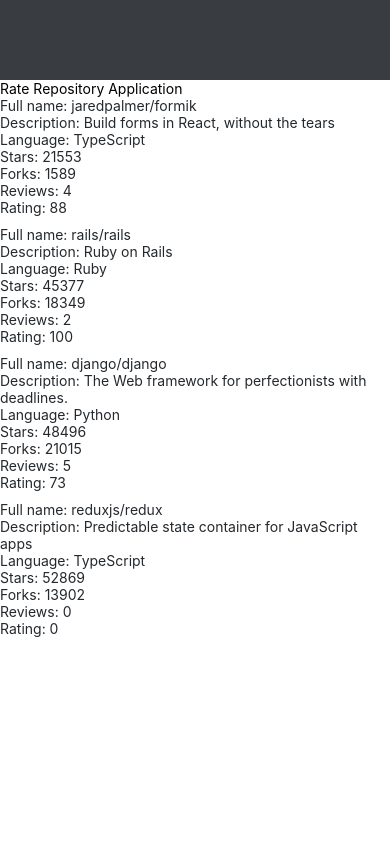
Repository: OrmeSile/react-native-FSO
Screen: / (app in rate-repository-app/)
The author's editor kept a copy of each file at every save. The screen is drawn from the files as they stood at one save, then again after a run of saves.
The app was drawn by React Native's web renderer in a window 390 px wide. The project was rebuilt for these pictures with package versions that can differ from the ones it lists, and the page was loaded fresh each time. Some packages were replaced by stand-ins written for this rebuild.

Above is the screen before, as saved 2022-05-15 16:42:57.

### rate-repository-app/src/components/Main.jsx
import { Text, StyleSheet, View } from 'react-native';
import AppBar from './AppBar';
import RepositoryList from './RepositoryList';

const styles = StyleSheet.create({
  container: {
    flexGrow: 1,
    flexShrink: 1,
  },
});

const Main = () => {
  return (
    <View style={styles.container}>
      <AppBar/>
      <Text>Rate Repository Application</Text>
        <RepositoryList />
    </View>
  );
};

export default Main;

### rate-repository-app/src/components/AppBar.jsx
import { View, StyleSheet, Pressable } from 'react-native';
import Text from './Text';
import Constants from 'expo-constants';
import theme from '../theme';

const styles = StyleSheet.create({
  container: {
    paddingTop: Constants.statusBarHeight,
    height: 80,
    backgroundColor: theme.colors.appBarBackgroundColor,
    opacity: 0.9,
    display: 'flex',
    flexDirection: 'row'
  },
  pressableTab: {
    display: 'flex',
    flexShrink: 1,
    alignItems: 'center',
    justifyContent: 'flex-end',
    padding: 10,
  },
  tabText: {
    color: 'white'
  }
});

const AppBar = () => {
  return <View style={styles.container}>
    <Pressable style={styles.pressableTab} onPress={() => console.log('pressed')}>
      <Text >Repositories</Text>
    </Pressable>
  </View>;
};

export default AppBar;

### rate-repository-app/src/components/RepositoryList.jsx
import { FlatList, View, StyleSheet } from 'react-native';
import RepositoryItem from './RepositoryItem';

const styles = StyleSheet.create({
  separator: {
    height: 10,
  },
});

const repositories = [
  {
    id: 'jaredpalmer.formik',
    fullName: 'jaredpalmer/formik',
    description: 'Build forms in React, without the tears',
    language: 'TypeScript',
    forksCount: 1589,
    stargazersCount: 21553,
    ratingAverage: 88,
    reviewCount: 4,
    ownerAvatarUrl: 'https://avatars2.githubusercontent.com/u/4060187?v=4',
  },
  {
    id: 'rails.rails',
    fullName: 'rails/rails',
    description: 'Ruby on Rails',
    language: 'Ruby',
    forksCount: 18349,
    stargazersCount: 45377,
    ratingAverage: 100,
    reviewCount: 2,
    ownerAvatarUrl: 'https://avatars1.githubusercontent.com/u/4223?v=4',
  },
  {
    id: 'django.django',
    fullName: 'django/django',
    description: 'The Web framework for perfectionists with deadlines.',
    language: 'Python',
    forksCount: 21015,
    stargazersCount: 48496,
    ratingAverage: 73,
    reviewCount: 5,
    ownerAvatarUrl: 'https://avatars2.githubusercontent.com/u/27804?v=4',
  },
  {
    id: 'reduxjs.redux',
    fullName: 'reduxjs/redux',
    description: 'Predictable state container for JavaScript apps',
    language: 'TypeScript',
    forksCount: 13902,
    stargazersCount: 52869,
    ratingAverage: 0,
    reviewCount: 0,
    ownerAvatarUrl: 'https://avatars3.githubusercontent.com/u/13142323?v=4',
  },
];

const ItemSeparator = () => <View style={styles.separator} />;

const RepositoryList = () => {
  return (
    <FlatList
      data={repositories}
      ItemSeparatorComponent={ItemSeparator}
      renderItem={({ item }) => (
        <RepositoryItem key={item.id} item={item}/>
      )}
    />
  );
};

export default RepositoryList;

### rate-repository-app/src/components/Text.jsx
import { Text as NativeText, StyleSheet } from 'react-native';

import theme from '../theme';

const styles = StyleSheet.create({
  text: {
    color: theme.colors.textPrimary,
    fontSize: theme.fontSizes.body,
    fontFamily: theme.fonts.main,
    fontWeight: theme.fontWeights.normal,
  },
  colorTextSecondary: {
    color: theme.colors.textSecondary,
  },
  colorPrimary: {
    color: theme.colors.primary,
  },
  fontSizeSubheading: {
    fontSize: theme.fontSizes.subheading,
  },
  fontWeightBold: {
    fontWeight: theme.fontWeights.bold,
  },
});

const Text = ({ color, fontSize, fontWeight, style, ...props }) => {
  const textStyle = [
    styles.text,
    color === 'textSecondary' && styles.colorTextSecondary,
    color === 'primary' && styles.colorPrimary,
    fontSize === 'subheading' && styles.fontSizeSubheading,
    fontWeight === 'bold' && styles.fontWeightBold,
    style,
  ];

  return <NativeText style={textStyle} {...props} />;
};

export default Text;

### rate-repository-app/src/theme.js
const theme = {
  colors: {
    textPrimary: '#24292e',
    textSecondary: '#586069',
    primary: '#0366d6',
    appBarBackgroundColor: '#24292e'
  },
  fontSizes: {
    body: 14,
    subheading: 16,
  },
  fonts: {
    main: 'System',
  },
  fontWeights: {
    normal: '400',
    bold: '700',
  },
};

export default theme;

### rate-repository-app/src/components/RepositoryItem.jsx
import { View } from 'react-native';
import Text from './Text';

const RepositoryItem = ({ item }) => {
  return (
    <View>
      <Text>Full name: {item.fullName}</Text>
      <Text>Description: {item.description}</Text>
      <Text>Language: {item.language}</Text>
      <Text>Stars: {item.stargazersCount}</Text>
      <Text>Forks: {item.forksCount}</Text>
      <Text>Reviews: {item.reviewCount}</Text>
      <Text>Rating: {item.ratingAverage}</Text>
    </View>
  );
};

export default RepositoryItem;

Loaded but not shown: rate-repository-app/App.js (common file)

After the next 2 saves:
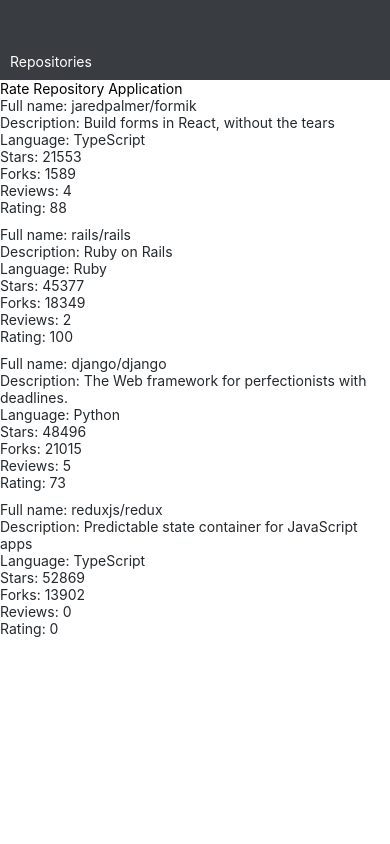
The 2 saves are shown as one change because 1 did not build or start.
The last was saved 15 s later.
--- a/rate-repository-app/src/components/AppBar.jsx
+++ b/rate-repository-app/src/components/AppBar.jsx
@@ -27,7 +27,7 @@
 const AppBar = () => {
   return <View style={styles.container}>
     <Pressable style={styles.pressableTab} onPress={() => console.log('pressed')}>
-      <Text >Repositories</Text>
+      <Text style={styles.tabText}>Repositories</Text>
     </Pressable>
   </View>;
 };
